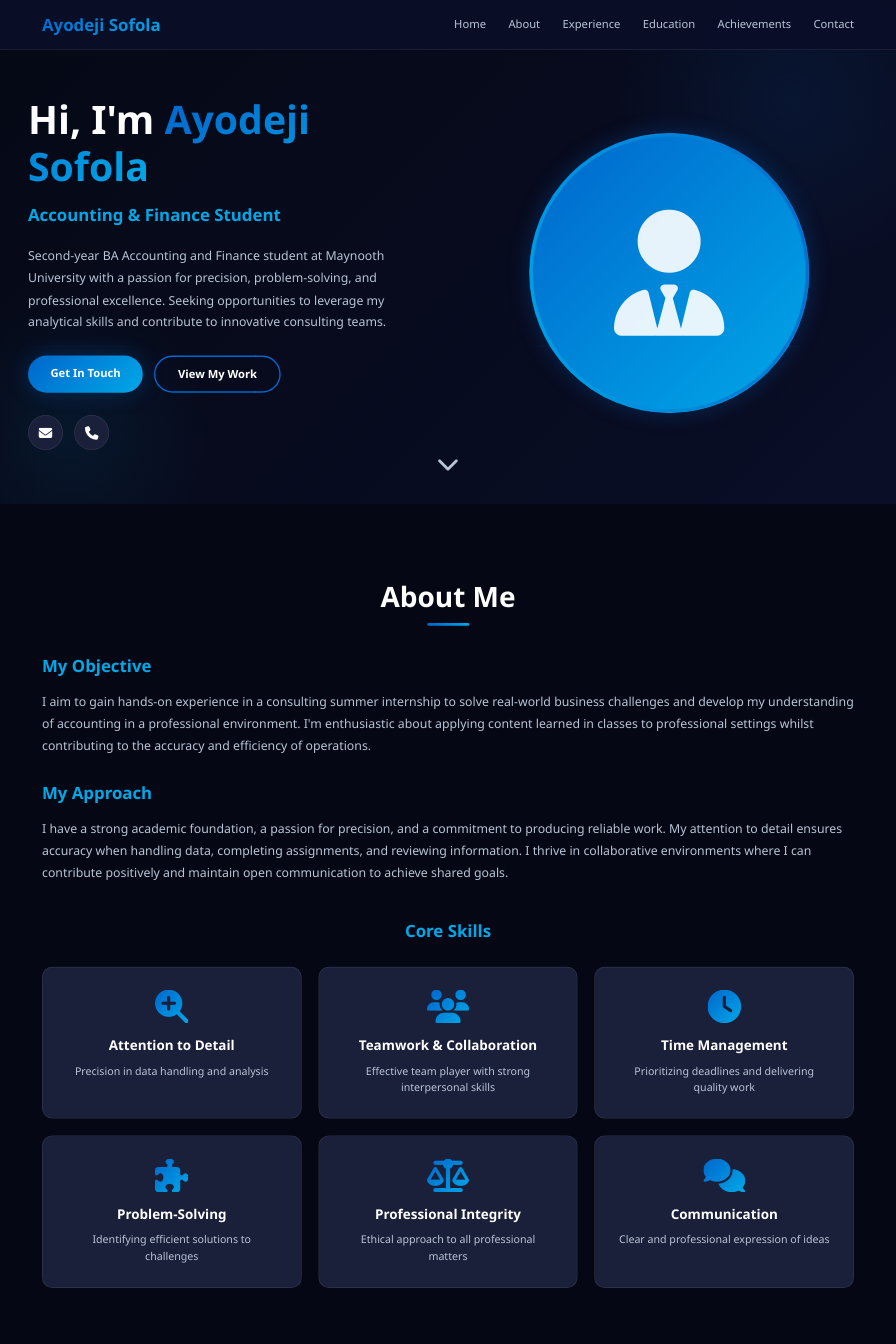
Repository: Daniel-01000/Ayodeji-s_Website
Page: index.html
The author's editor kept a copy of each file at every save. The page is drawn from the files as they stood at one save, then again after the next save.
The browser window is 1280 px wide. The pictures show the part of the page from y = 0 to 1920 px (the page is 6450 px tall), at 70% of full size.

Above is the page before, as saved 2025-11-30 04:11:47.

### index.html
<!DOCTYPE html>
<html lang="en">
<head>
    <meta charset="UTF-8">
    <meta name="viewport" content="width=device-width, initial-scale=1.0">
    <title>Ayodeji Sofola - Portfolio</title>
    <link rel="stylesheet" href="styles.css">
    <link rel="stylesheet" href="https://cdnjs.cloudflare.com/ajax/libs/font-awesome/6.4.0/css/all.min.css">
</head>
<body>
    <!-- Navigation -->
    <nav class="navbar">
        <div class="nav-container">
            <a href="#home" class="nav-logo">Ayodeji Sofola</a>
            <ul class="nav-menu">
                <li><a href="#home" class="nav-link">Home</a></li>
                <li><a href="#about" class="nav-link">About</a></li>
                <li><a href="#experience" class="nav-link">Experience</a></li>
                <li><a href="#education" class="nav-link">Education</a></li>
                <li><a href="#achievements" class="nav-link">Achievements</a></li>
                <li><a href="#contact" class="nav-link">Contact</a></li>
            </ul>
            <div class="hamburger">
                <span class="bar"></span>
                <span class="bar"></span>
                <span class="bar"></span>
            </div>
        </div>
    </nav>

    <!-- Hero Section -->
    <section id="home" class="hero">
        <div class="hero-container">
            <div class="hero-content">
                <h1 class="hero-title">
                    Hi, I'm <span class="gradient-text">Ayodeji Sofola</span>
                </h1>
                <p class="hero-subtitle">Accounting & Finance Student</p>
                <p class="hero-description">
                    Second-year BA Accounting and Finance student at Maynooth University with a passion for precision,
                    problem-solving, and professional excellence. Seeking opportunities to leverage my analytical skills
                    and contribute to innovative consulting teams.
                </p>
                <div class="hero-buttons">
                    <a href="#contact" class="btn btn-primary">Get In Touch</a>
                    <a href="#experience" class="btn btn-secondary">View My Work</a>
                </div>
                <div class="hero-social">
                    <a href="mailto:AYODEJI.SOFOLA.2025@mumail.ie" class="social-link" title="Email">
                        <i class="fas fa-envelope"></i>
                    </a>
                    <a href="tel:0899871256" class="social-link" title="Phone">
                        <i class="fas fa-phone"></i>
                    </a>
                </div>
            </div>
            <div class="hero-image">
                <div class="image-placeholder">
                    <i class="fas fa-user-tie"></i>
                </div>
            </div>
        </div>
        <div class="scroll-indicator">
            <a href="#about">
                <i class="fas fa-chevron-down"></i>
            </a>
        </div>
    </section>

    <!-- About Section -->
    <section id="about" class="about">
        <div class="container">
            <h2 class="section-title">About Me</h2>
            <div class="about-content">
                <div class="about-text">
                    <h3>My Objective</h3>
                    <p>
                        I aim to gain hands-on experience in a consulting summer internship to solve real-world business challenges
                        and develop my understanding of accounting in a professional environment. I'm enthusiastic about applying
                        content learned in classes to professional settings whilst contributing to the accuracy and efficiency of operations.
                    </p>

                    <h3>My Approach</h3>
                    <p>
                        I have a strong academic foundation, a passion for precision, and a commitment to producing reliable work.
                        My attention to detail ensures accuracy when handling data, completing assignments, and reviewing information.
                        I thrive in collaborative environments where I can contribute positively and maintain open communication to achieve shared goals.
                    </p>
                </div>

                <div class="skills-container">
                    <h3>Core Skills</h3>
                    <div class="skills-grid">
                        <div class="skill-card">
                            <i class="fas fa-search-plus"></i>
                            <h4>Attention to Detail</h4>
                            <p>Precision in data handling and analysis</p>
                        </div>
                        <div class="skill-card">
                            <i class="fas fa-users"></i>
                            <h4>Teamwork & Collaboration</h4>
                            <p>Effective team player with strong interpersonal skills</p>
                        </div>
                        <div class="skill-card">
                            <i class="fas fa-clock"></i>
                            <h4>Time Management</h4>
                            <p>Prioritizing deadlines and delivering quality work</p>
                        </div>
                        <div class="skill-card">
                            <i class="fas fa-puzzle-piece"></i>
                            <h4>Problem-Solving</h4>
                            <p>Identifying efficient solutions to challenges</p>
                        </div>
                        <div class="skill-card">
                            <i class="fas fa-balance-scale"></i>
                            <h4>Professional Integrity</h4>
                            <p>Ethical approach to all professional matters</p>
                        </div>
                        <div class="skill-card">
                            <i class="fas fa-comments"></i>
                            <h4>Communication</h4>
                            <p>Clear and professional expression of ideas</p>
                        </div>
                    </div>
                </div>
            </div>
        </div>
    </section>

    <!-- Experience Section -->
    <section id="experience" class="experience">
        <div class="container">
            <h2 class="section-title">Experience</h2>
            <div class="timeline">
                <div class="timeline-item">
                    <div class="timeline-dot"></div>
                    <div class="timeline-content">
                        <div class="timeline-date">Recent</div>
                        <h3>Work Placement - PurePharmacy, Dundalk</h3>
                        <ul class="timeline-list">
                            <li>
                                <i class="fas fa-check-circle"></i>
                                Gained experience handling confidential information by following set procedures
                            </li>
                            <li>
                                <i class="fas fa-check-circle"></i>
                                Supported daily operational tasks, strengthening organisation and teamwork abilities in a professional workplace
                            </li>
                            <li>
                                <i class="fas fa-check-circle"></i>
                                Learned the importance of efficiency and accuracy in a fast-paced environment
                            </li>
                        </ul>
                    </div>
                </div>

                <div class="timeline-item">
                    <div class="timeline-dot"></div>
                    <div class="timeline-content">
                        <div class="timeline-date">Ongoing</div>
                        <h3>Homework Tutor</h3>
                        <ul class="timeline-list">
                            <li>
                                <i class="fas fa-check-circle"></i>
                                Helped primary school and junior cert students with completing homework by explaining questions clearly and communicating effectively
                            </li>
                            <li>
                                <i class="fas fa-check-circle"></i>
                                Explained concepts clearly and adapted different teaching methods to cater to each student
                            </li>
                            <li>
                                <i class="fas fa-check-circle"></i>
                                Developed planning and mentoring skills by helping students build confidence in their academics
                            </li>
                        </ul>
                    </div>
                </div>
            </div>
        </div>
    </section>

    <!-- Education Section -->
    <section id="education" class="education">
        <div class="container">
            <h2 class="section-title">Education</h2>
            <div class="education-content">
                <div class="education-card">
                    <div class="education-header">
                        <div>
                            <h3>Maynooth University</h3>
                            <p class="education-degree">BA Accounting and Finance</p>
                        </div>
                        <div class="education-date">September 2024 - May 2027</div>
                    </div>
                    <div class="education-body">
                        <div class="education-grade">
                            <strong>Expected Grade:</strong> First Class Honours
                            <br>
                            <span class="current-grade">Currently achieving an Upper Second Class, 2:1</span>
                        </div>

                        <div class="modules-section">
                            <h4><i class="fas fa-book"></i> Core Modules Studied:</h4>
                            <div class="modules-grid">
                                <div class="module-tag">Financial Accounting I & II</div>
                                <div class="module-tag">Management & Cost Accounting</div>
                                <div class="module-tag">Corporate Finance</div>
                                <div class="module-tag">Fundamentals of Finance and Accounting</div>
                                <div class="module-tag">Economics</div>
                                <div class="module-tag">Personal and Business Taxation</div>
                                <div class="module-tag">Quantitative Methods for Economics and Business</div>
                            </div>
                        </div>

                        <p class="education-note">
                            <i class="fas fa-star"></i>
                            Developing a strong foundation in accounting principles, financial analysis, and economic reasoning
                        </p>
                    </div>
                </div>
            </div>
        </div>
    </section>

    <!-- Achievements Section -->
    <section id="achievements" class="achievements">
        <div class="container">
            <h2 class="section-title">Achievements</h2>
            <div class="achievements-grid">
                <div class="achievement-card">
                    <div class="achievement-icon">
                        <i class="fas fa-trophy"></i>
                    </div>
                    <h3>SciFest Award Winner</h3>
                    <h4>Chemistry Project: Oxidation of Apples</h4>
                    <p>
                        Awarded a chemistry prize at SciFest, Ireland's largest second-level STEM fair, for conducting research
                        and experimentation analysis on the chemical changes in apples as they ripen. This research strengthened
                        my problem-solving and analytical skills, as it is needed for collecting and interpreting data, finding
                        patterns, and forming evidence-based conclusions.
                    </p>
                    <p class="achievement-impact">
                        <strong>Impact:</strong> Developed ability to work with precision - skills I continue to use in my
                        academic work and will take into a professional environment.
                    </p>
                </div>

                <div class="achievement-card">
                    <div class="achievement-icon">
                        <i class="fas fa-presentation"></i>
                    </div>
                    <h3>BT Young Scientist Participant</h3>
                    <h4>BTYSE - Technology Exhibition</h4>
                    <p>
                        Selected to present my scientific research at one of Ireland's most prestigious STEM competitions.
                        Communicating my findings to judges and peers allowed me to demonstrate effective communication and
                        interpersonal skills.
                    </p>
                    <p class="achievement-impact">
                        <strong>Impact:</strong> Enhanced ability to express ideas clearly and professionally, crucial for
                        consulting and client-facing roles.
                    </p>
                </div>
            </div>
        </div>
    </section>

    <!-- Interests Section -->
    <section id="interests" class="interests">
        <div class="container">
            <h2 class="section-title">Personal Interests</h2>
            <div class="interests-content">
                <div class="interest-card">
                    <div class="interest-icon">
                        <i class="fas fa-book-reader"></i>
                    </div>
                    <h3>Reading</h3>
                    <p>
                        I enjoy reading books that explore different ideas and views. I recently read <em>The Housemaid</em>
                        by Freida McFadden, an exciting thriller that strengthened my ability to analyse different motives.
                        I am currently reading <em>Making It Big</em> by Femi Otedola, a book about entrepreneurship and finance.
                    </p>
                    <p class="interest-benefit">
                        Reading helps develop my reflective and analytical thinking, essential skills for consulting and
                        financial analysis.
                    </p>
                </div>
            </div>
        </div>
    </section>

    <!-- Contact Section -->
    <section id="contact" class="contact">
        <div class="container">
            <h2 class="section-title">Get In Touch</h2>
            <p class="contact-subtitle">
                I'm currently seeking opportunities for summer internships in consulting, particularly at KPMG.
                I'd love to discuss how I can contribute to your team!
            </p>

            <div class="contact-grid">
                <div class="contact-card">
                    <div class="contact-icon">
                        <i class="fas fa-envelope"></i>
                    </div>
                    <h3>Email</h3>
                    <a href="mailto:AYODEJI.SOFOLA.2025@mumail.ie">AYODEJI.SOFOLA.2025@mumail.ie</a>
                    <a href="mailto:DSOFOLA8@GMAIL.COM">DSOFOLA8@GMAIL.COM</a>
                </div>

                <div class="contact-card">
                    <div class="contact-icon">
                        <i class="fas fa-phone"></i>
                    </div>
                    <h3>Phone</h3>
                    <a href="tel:0899871256">089 987 1256</a>
                </div>

                <div class="contact-card">
                    <div class="contact-icon">
                        <i class="fas fa-map-marker-alt"></i>
                    </div>
                    <h3>Location</h3>
                    <p>Maynooth, Ireland</p>
                </div>
            </div>
        </div>
    </section>

    <!-- Footer -->
    <footer class="footer">
        <div class="container">
            <p>&copy; 2025 Ayodeji Sofola</p>
            <p>Built with dedication and attention to detail</p>
        </div>
    </footer>

    <script src="script.js"></script>
</body>
</html>

Loaded but not shown: script.js (259 lines, source omitted); styles.css (1099 lines, source omitted)

After the next save:
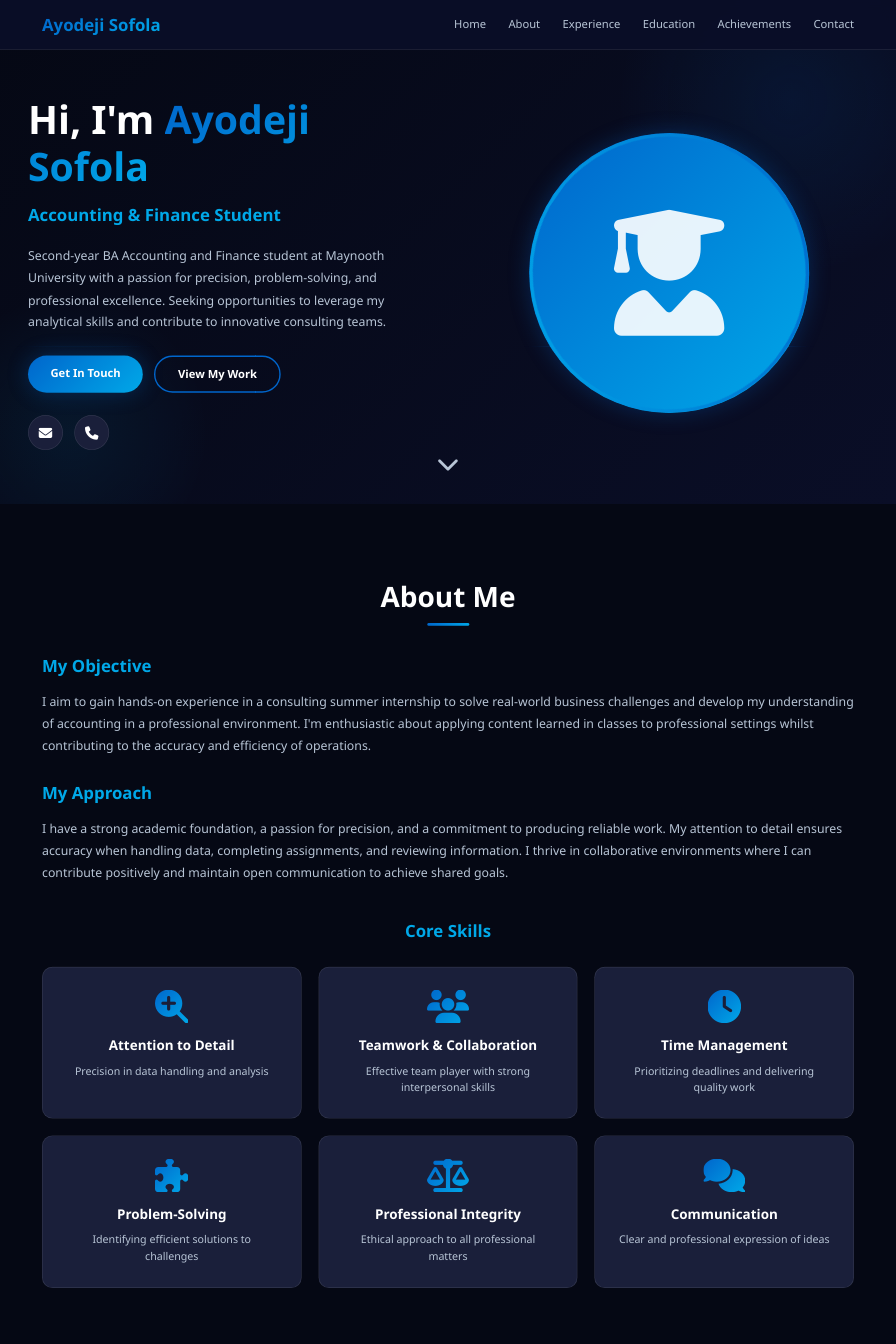
Saved 26 s later.
--- a/index.html
+++ b/index.html
@@ -56,7 +56,7 @@
             </div>
             <div class="hero-image">
                 <div class="image-placeholder">
-                    <i class="fas fa-user-tie"></i>
+                    <i class="fas fa-user-graduate"></i>
                 </div>
             </div>
         </div>
